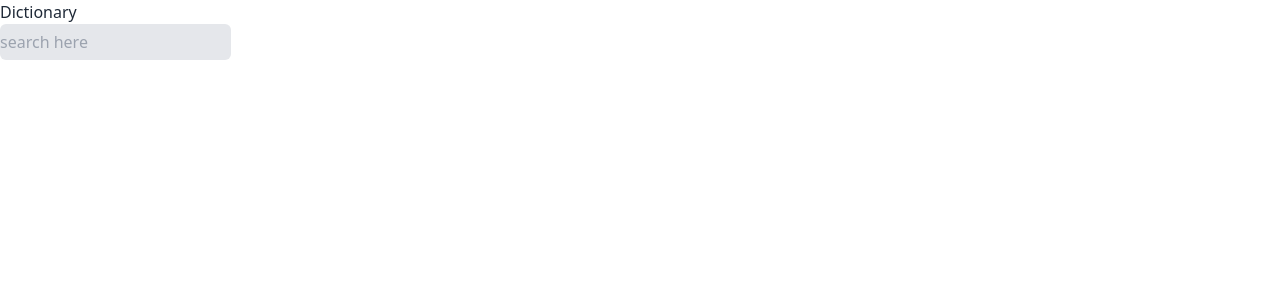
Repository: imokha01/dictionary-app
Page: /
The author's editor kept a copy of each file at every save. The page is drawn from the files as they stood at one save, then again after a run of saves.
The browser window is 1280 px wide. The pictures show the whole page.
The project was rebuilt for these pictures with package versions that can differ from the ones it lists, and the page was loaded fresh each time. Also part of the build but not shown: vite.config.js, src/App.css.

Above is the page before, as saved 2024-02-19 10:46:22.

### src/App.jsx
import { useState } from 'react'
import './App.css'
import { Route, Routes, } from 'react-router-dom'
import Home from './pages/Home'



function App() {
  const [count, setCount] = useState(0)

  return (
    <>
      <Routes>
          <Route path='/' element={<Home/>}/>
      </Routes>
    </>
  )
}

export default App

### src/pages/Home.jsx

const Home = () => {
  return (
    <div>
      <div>
        <h1>Dictionary</h1>
        <input className="bg-gray-200 rounded-md h-9 " type="text" placeholder="search here" />
      </div>
    </div>
  )
}

export default Home

### tailwind.config.js
/** @type {import('tailwindcss').Config} */
import daisyui from 'daisyui';
export default {
  content: [
    "./index.html",
    "./src/**/*.{js,ts,jsx,tsx}",
  ],
  theme: {
    extend: {},
  },
  plugins: [daisyui],
};

Loaded but not shown: index.html (common file); src/main.jsx (common file); src/index.css (common file)

After the next 2 saves:
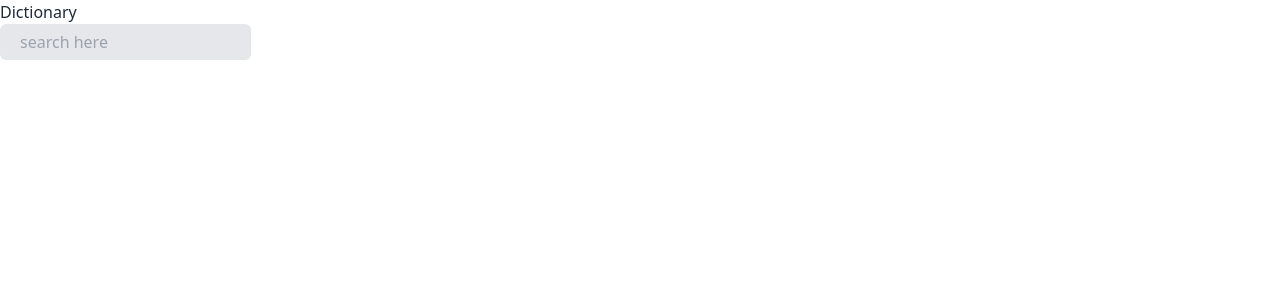
The 2 saves are shown as one change because they came seconds apart.
The last was saved 15 s later.
--- a/src/pages/Home.jsx
+++ b/src/pages/Home.jsx
@@ -4,7 +4,7 @@ const Home = () => {
     <div>
       <div>
         <h1>Dictionary</h1>
-        <input className="bg-gray-200 rounded-md h-9 " type="text" placeholder="search here" />
+        <input className="bg-gray-200 rounded-md h-9 pl-5" type="text" placeholder="search here" />
       </div>
     </div>
   )
